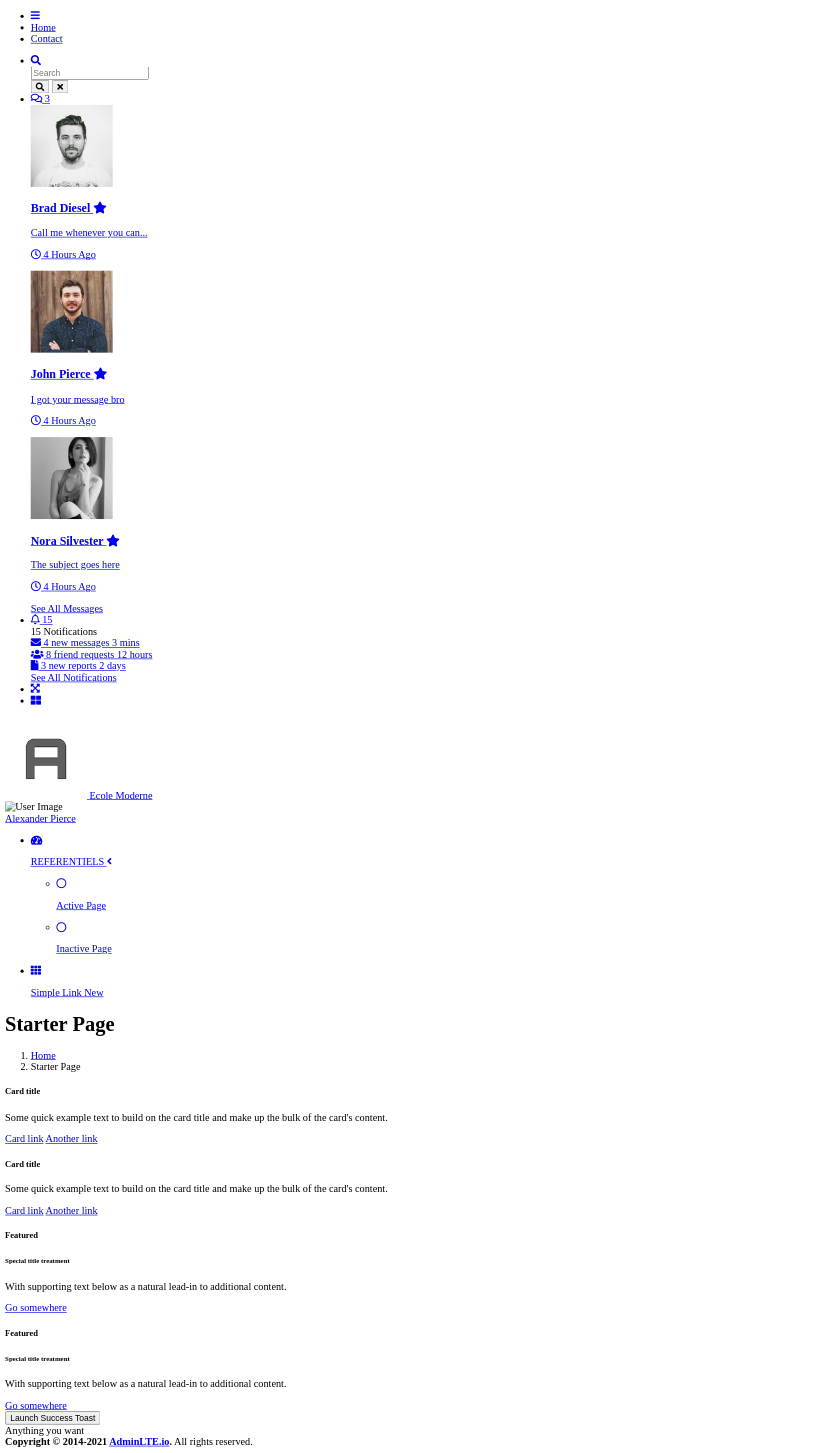
Repository: alangetelengo/SchoolV1
Page: http://localhost/
These files come from the project's save history. The page is drawn as it stood at one moment and after the next save; the edit follows.
The browser window is 1280 px wide. The pictures show the whole page, at 64% of full size.
Some web fonts or font styles are not loaded; a fallback is used. The page is served by the project's Laravel application, run on PHP 8.4 with Laravel 9.

Above is the page before, as saved 2023-04-19 13:46:11.

After the next save:
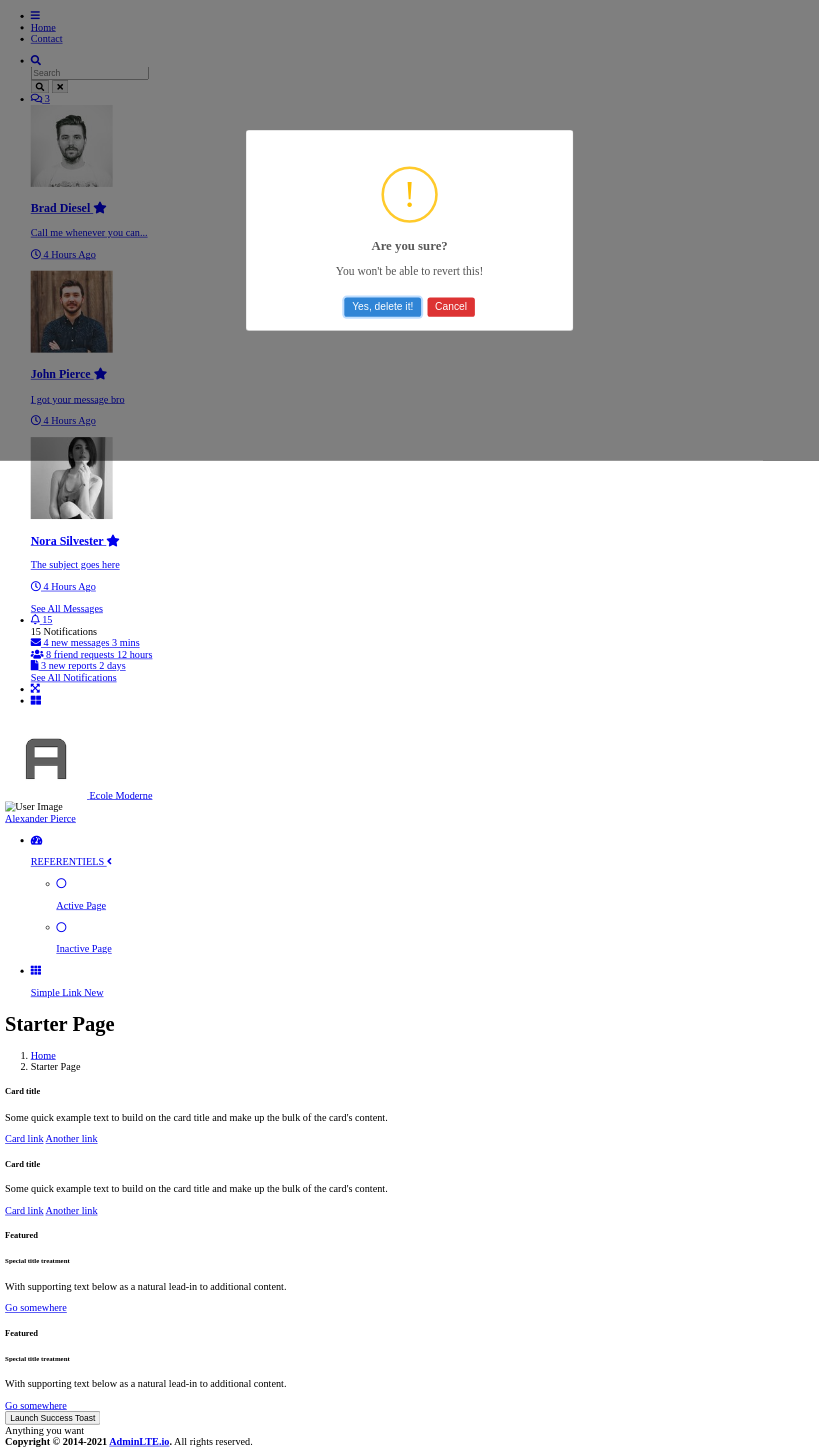
Saved 4 s later.
--- a/resources/views/accueil.blade.php
+++ b/resources/views/accueil.blade.php
@@ -82,12 +82,23 @@
     <script>
        //toastr.success("message,title");
         $(function(){
-            $('.swalDefaultSuccess').click(function() {
-                Swal.fire({
-                    icon: 'success',
-                    title: 'Lorem ipsum dolor sit amet, consetetur sadipscing elitr.'
-                })
-            });
+            Swal.fire({
+  title: 'Are you sure?',
+  text: "You won't be able to revert this!",
+  icon: 'warning',
+  showCancelButton: true,
+  confirmButtonColor: '#3085d6',
+  cancelButtonColor: '#d33',
+  confirmButtonText: 'Yes, delete it!'
+}).then((result) => {
+  if (result.isConfirmed) {
+    Swal.fire(
+      'Deleted!',
+      'Your file has been deleted.',
+      'success'
+    )
+  }
+})
         });
     </script>
 @endsection

After the 2 saves that followed:
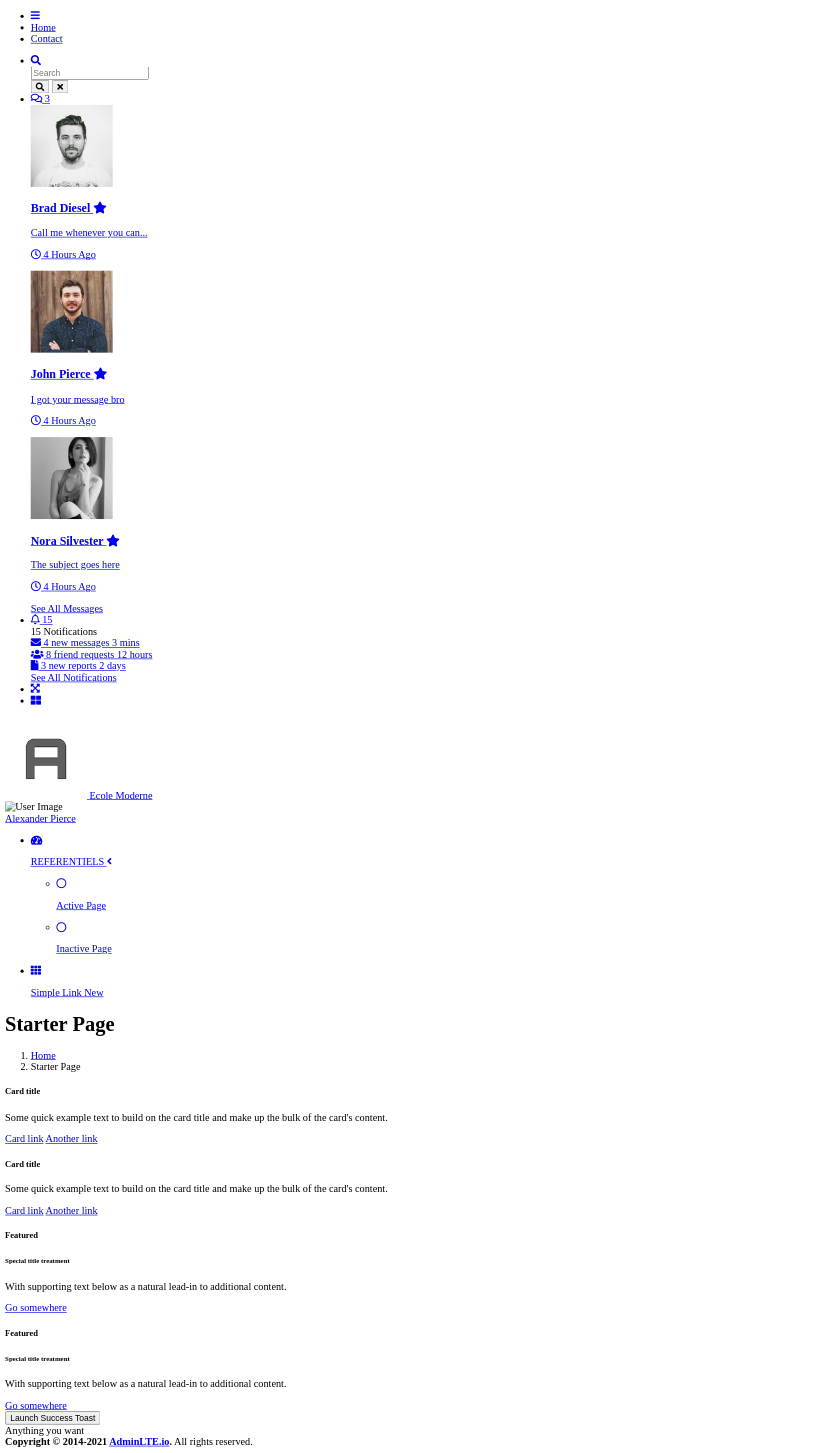
The 2 saves are shown as one change because 1 left the picture as it was.
The last was saved 38 s later.
--- a/resources/views/accueil.blade.php
+++ b/resources/views/accueil.blade.php
@@ -82,23 +82,12 @@
     <script>
        //toastr.success("message,title");
         $(function(){
-            Swal.fire({
-  title: 'Are you sure?',
-  text: "You won't be able to revert this!",
-  icon: 'warning',
-  showCancelButton: true,
-  confirmButtonColor: '#3085d6',
-  cancelButtonColor: '#d33',
-  confirmButtonText: 'Yes, delete it!'
-}).then((result) => {
-  if (result.isConfirmed) {
-    Swal.fire(
-      'Deleted!',
-      'Your file has been deleted.',
-      'success'
-    )
-  }
-})
+            $('.swalDefaultSuccess').click(function() {
+                Swal.fire({
+                    icon: 'success',
+                    title: 'Lorem ipsum dolor sit amet, consetetur sadipscing elitr.'
+                })
+            });
         });
     </script>
 @endsection
